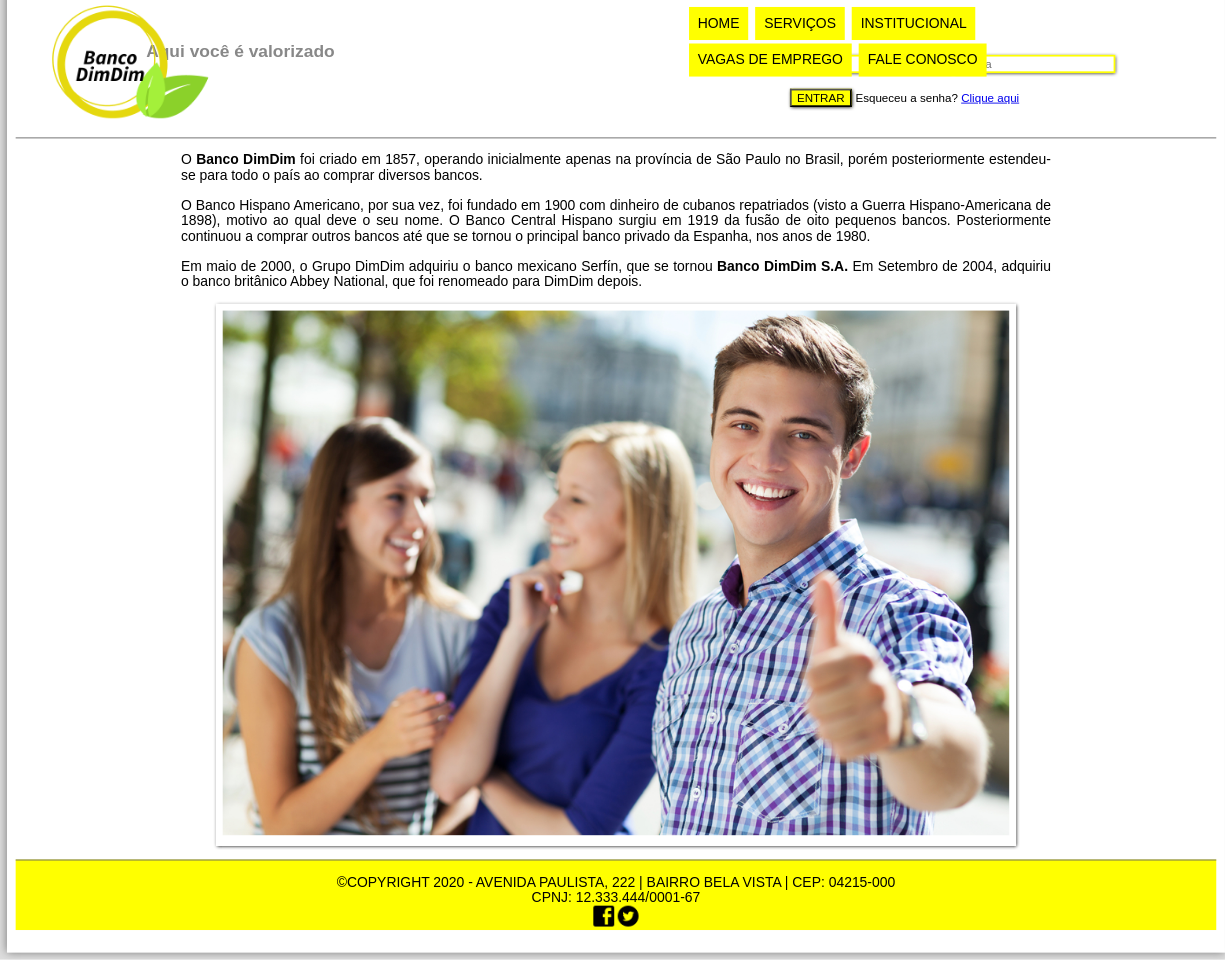
Repository: marceloShibuya/DevOps
Page: http://localhost/Nac_DevOPS/
The author's editor kept a copy of each file at every save. The page is drawn from the files as they stood at one save, then again after the next save.
The browser window is 1280 px wide. The page is 1408 px wide, so the pictures cover 1408 px, including what lies to the right of the window. The pictures show the whole page, at 87% of full size.
Some web fonts or font styles are not loaded; a fallback is used. The page is served by Tomcat 9. Other server files are loaded and not shown.

Above is the page before, as saved 2020-02-24 21:39:36.

### Nac_DevOPS/WebContent/index.html
<!DOCTYPE html>
<html>
<head>
	<meta charset="utf-8">
	<title>Nac DevOPS</title>
	<link rel="stylesheet" type="text/css" href="_css/estilo.css">
</head>
<body>
<div id="interface">
	<header id="cabecalho">
		<hgroup>
			<h2>Aqui você é valorizado</h2>
		</hgroup>
		<img id="icone" src="_imagens/logo_DimDim.png">
	<nav id="menu">
		<ul>
			<li><a href="index.html">Home</a></li>
			<li><a href="servicos.html">Serviços</a></li>
			<li><a href="institucional.html">Institucional</a></li>
			<li><a href="emprego.html">Vagas de emprego</a></li>
			<li><a href="contato.html">Fale Conosco</a></li>
		</ul>
	</nav>
	<div class="login__content">
		<form action="Login" class="login__form" method="POST">
			<input type="text" id="cpf" name="cpf" placeholder="CPF" required>
			<input type="password" id="senha" name="senha" placeholder="Senha" required><br><br>
			<input type="submit" value="entrar" class="btn-full">
			<small class="login__form__information">Esqueceu a senha? <a href="createNewPassword.jsp">Clique aqui</a></small><br>
		</form>
	</div>
	</header>
<section id="corpo">
	<p>O <b>Banco DimDim</b> foi criado em 1857, operando inicialmente apenas na província de São Paulo no Brasil, porém posteriormente estendeu-se para todo o país ao comprar diversos bancos.</p>

	<p>O Banco Hispano Americano, por sua vez, foi fundado em 1900 com dinheiro de cubanos repatriados (visto a Guerra Hispano-Americana de 1898), motivo ao qual deve o seu nome. O Banco Central Hispano surgiu em 1919 da fusão de oito pequenos bancos. Posteriormente continuou a comprar outros bancos até que se tornou o principal banco privado da Espanha, nos anos de 1980.</p>

	<p>Em maio de 2000, o Grupo DimDim adquiriu o banco mexicano Serfín, que se tornou <b>Banco DimDim S.A.</b> Em Setembro de 2004, adquiriu o banco britânico Abbey National, que foi renomeado para DimDim depois.</p>

	<figure class="foto-legenda">
		<img id="" src="_imagens/foto_home.jpg">
			<figcaption>
				<h1>Aqui o seu dinheio rende</h1>
				<p>O melhor atendimento do Brasil</p>
			</figcaption>
	</figure>
</section>

<footer id="rodape">
<p>&copy;Copyright 2020 - Avenida Paulista, 222 | Bairro Bela Vista | CEP: 04215-000 <br>
	CPNJ: 12.333.444/0001-67 <br>
<a href="http://facebook.com" target="_blank" ><img src="_imagens/facebook.png"></a>
<a href="http://twitter.com" target="_blank"><img src="_imagens/twitter.png"></a></p>
</footer>
</div>
</body>
</html>

### Nac_DevOPS/WebContent/_css/estilo.css
@import url('https://fonts.googleapis.com/css?family=Titillium+Web&display=swap');
@font-face {
	font-family: 'FonteLogo';
	src: url("../_fonts/bubblegum-sans-regular.otf");
}

body{
	font-family: arial, sans-serif;
	background-color: #dddddd;
	color: rgba(0,0,0,1);
	}

div#interface {
	width: 1380px;
	background-color: #ffffff;
	margin: -20px auto 0px auto;
	box-shadow: 0px 0px 10px rgba(0,0,0,.5);
	padding: 30px 10px 10px 10px;
}

header#cabecalho img#icone_2 {
	position: absolute;
	left: 1190px;
	top: 50px;
}

header#cabecalho img#icone {
	position: absolute;
	left: 50px;
	top: -20px;
}

header#cabecalho {
	border-bottom: 1px #606060 solid;
	height: 110px;
}

header#cabecalho h2 {
	font-family: 'Titillium Web', sans-serif;
	font-size: 15pt;
	color: #888888;
	padding: 0px;
	margin-top: 30px;
	margin-left: 150px;
}

p {
	font-family: 'FonteLogo', sans-serif;
	text-align: justify;
}

/* Formatação da foto */


figure.foto-legenda{
	position: relative;
	border: 8px solid white;
	box-shadow: 1px 1px 4px black;
}

figure.foto-legenda img{
	width: 100%;
	height: 100%;
}

figure.foto-legenda figcaption{
	position: absolute;
	top: 0px;
	background-color: rgba(0,0,0,.4);
	color: white;
	width: 100%;
	height: 100%;
	padding: 10px;
	box-sizing: border-box;
	opacity: 0;
	transition: opacity 1s;
}

figure.foto-legenda:hover figcaption{
	opacity: 1;
}

/*  Formatação do Menu*/


nav#menu{
	display: block;
}

nav#menu ul{
	list-style: none;
	text-transform: uppercase;
	position: absolute;
	top: -10px;
	left:750px;
}

nav#menu li{
	display: inline-block;
	background-color: #ffff00;
	padding: 10px;
	margin: 2px;
	transition: background-color 1s;
}

nav#menu li:hover{
	background-color: #ffff00;
	color: #ffffff;
}

nav#menu h1{
	display: none;
}

nav#menu a{
	color: #000000;
	text-decoration: none;
}

nav#menu a:hover{
	color: #ffff;
}

.login__content {
	margin-left: 890px;
	margin-top: -25px;
	display: block;
	flex-direction: row;
	justify-content: center;

}

.login__title {
	margin-top: -20px;
	margin-left: 600px;
}

input#cpf {
	border-style: solid;
	border-color: #ffff00;
	box-shadow: 1px 1px 4px black;
}

input#senha {
	border-style: solid;
	border-color: #ffff00;
	box-shadow: 1px 1px 4px black;
}

.btn-full {
	background-color: #ffff00;
	text-transform: uppercase;
	box-shadow: 1px 1px 4px black;
}

span{
	color:white;
}

/* Formatação da Section */

section#corpo {
	display: block;
	width: 1000px;
	margin: auto;
}


footer#rodape {
	clear: both;
	border-top: 1px solid #606060;
	background-color: #ffff00;
}

footer#rodape p{
	text-transform: uppercase;
	text-align: center;
	font-family: 'Titillium Web', sans-serif;
}

After the next save:
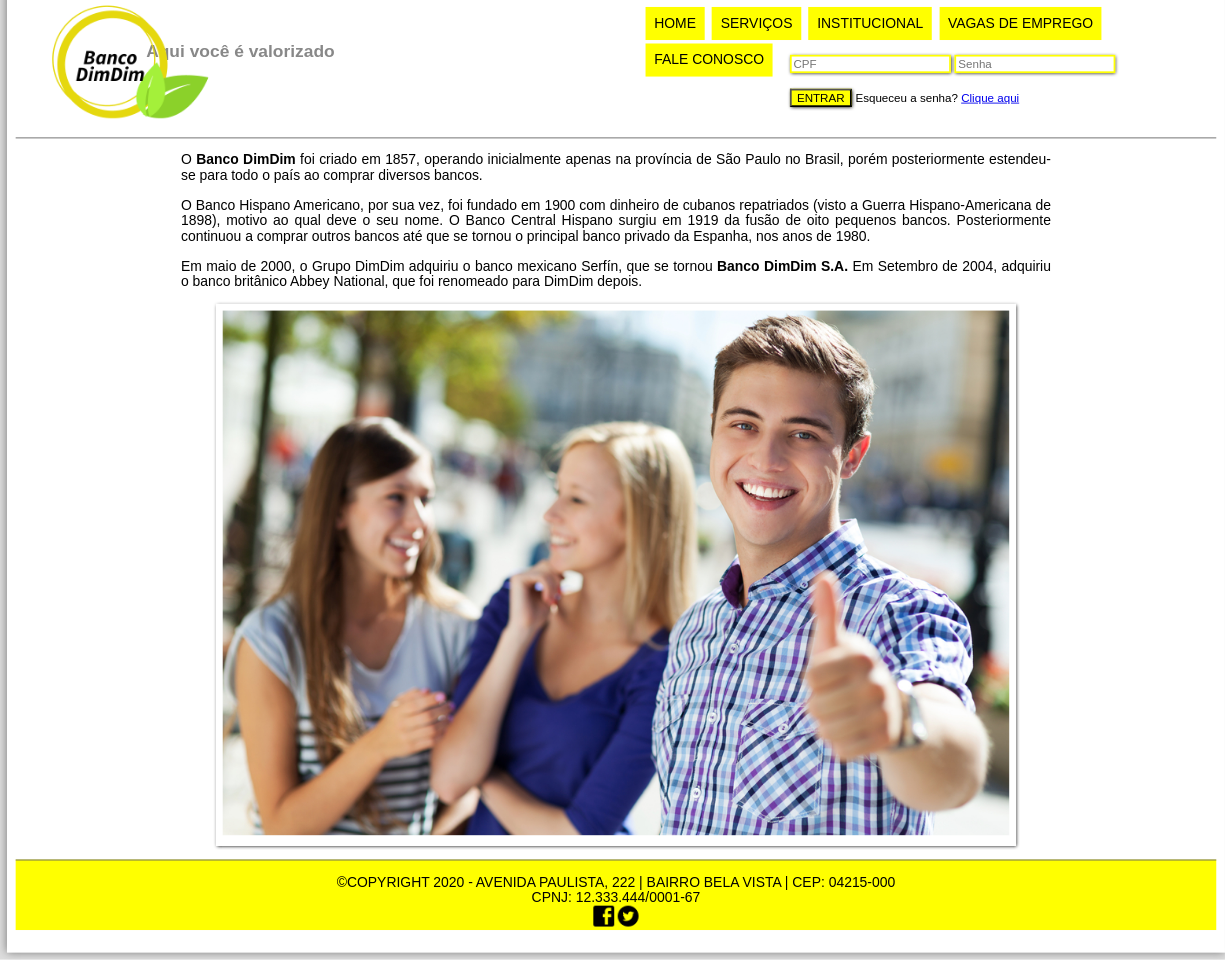
Saved 5 s later.
--- a/Nac_DevOPS/WebContent/_css/estilo.css
+++ b/Nac_DevOPS/WebContent/_css/estilo.css
@@ -92,7 +92,7 @@ nav#menu ul{
 	text-transform: uppercase;
 	position: absolute;
 	top: -10px;
-	left:750px;
+	left:700px;
 }
 
 nav#menu li{
